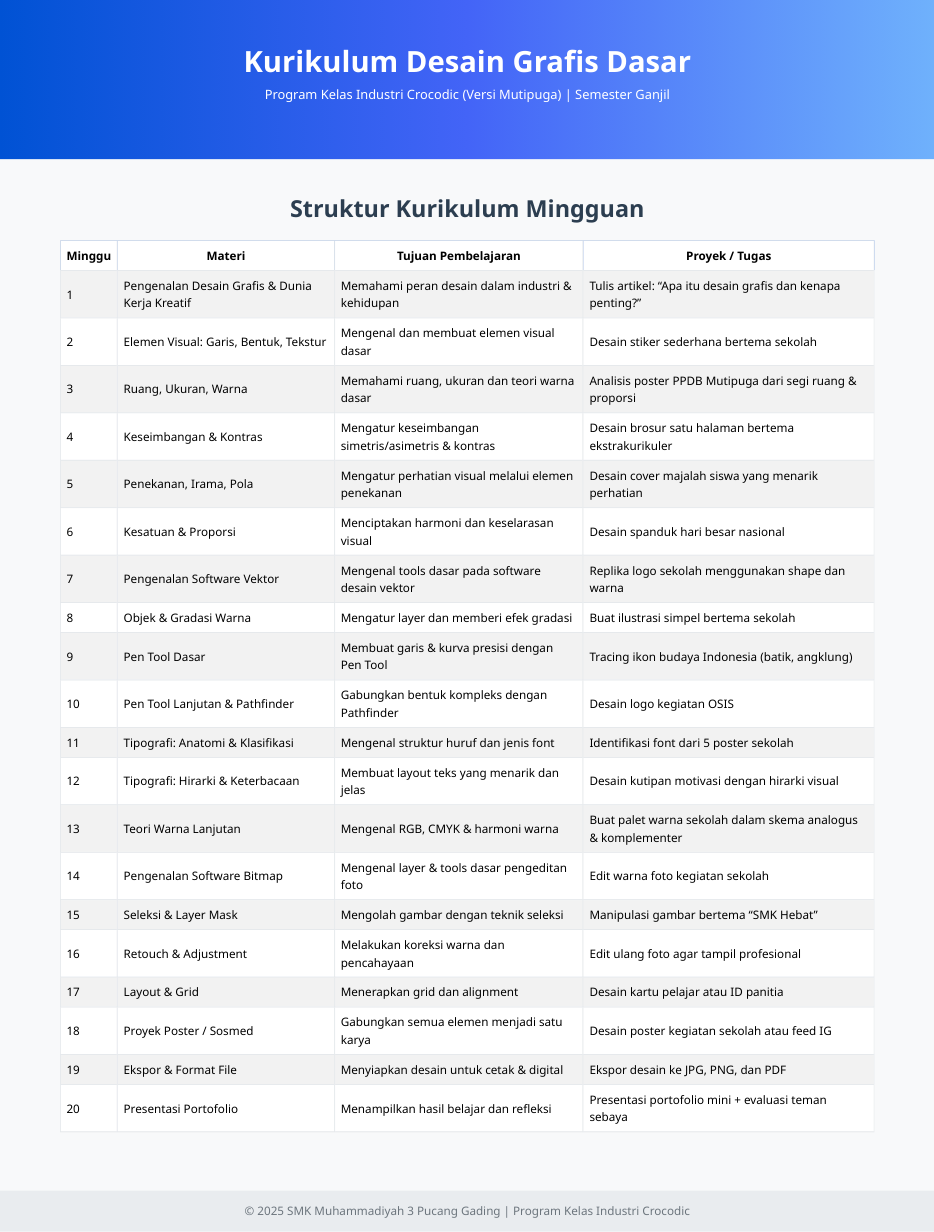
Repository: ppdbsmkmutipuga/kurikulumdesain
Page: index.html
These files come from the project's save history. The page is drawn as it stood at one moment and after the next save; the edit follows.
The browser window is 1280 px wide. The pictures show the whole page, at 73% of full size.

Above is the page before, as saved 2025-07-01 03:55:29.

After the next save:
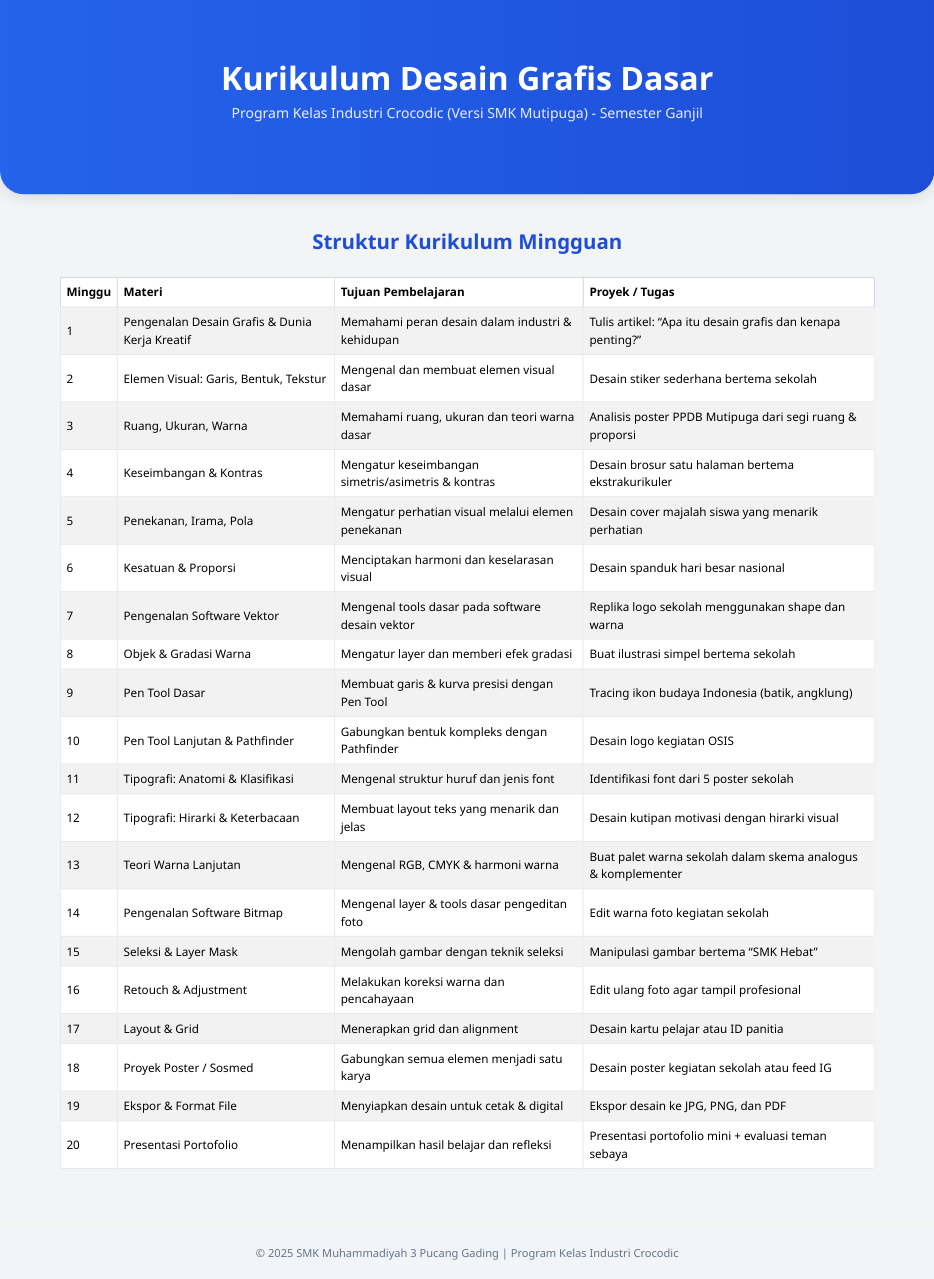
Saved 24 s later.
--- a/index.html
+++ b/index.html
@@ -1,3 +1,4 @@
+<!-- index.html -->
 <!DOCTYPE html>
 <html lang="id">
 
@@ -6,54 +7,7 @@
     <meta name="viewport" content="width=device-width, initial-scale=1.0" />
     <title>Kurikulum Desain Grafis - SMK Mutipuga</title>
     <link href="https://cdn.jsdelivr.net/npm/bootstrap@5.3.3/dist/css/bootstrap.min.css" rel="stylesheet" />
-    <style>
-        body {
-            font-family: 'Segoe UI', sans-serif;
-            background-color: #f8f9fa;
-        }
-
-        .hero {
-            background: linear-gradient(to right, #0052d4, #4364f7, #6fb1fc);
-            color: white;
-            padding: 60px 0;
-            text-align: center;
-        }
-
-        .hero h1 {
-            font-size: 2.5rem;
-            font-weight: bold;
-        }
-
-        .hero p {
-            font-size: 1.1rem;
-        }
-
-        .section-title {
-            margin-top: 2rem;
-            margin-bottom: 1.5rem;
-            font-weight: bold;
-            text-align: center;
-            color: #2c3e50;
-        }
-
-        .table thead {
-            background-color: #0052d4;
-            color: white;
-            text-align: center;
-        }
-
-        .table-striped tbody tr:nth-of-type(odd) {
-            background-color: #f0f4fa;
-        }
-
-        footer {
-            background-color: #e9ecef;
-            text-align: center;
-            padding: 1rem 0;
-            margin-top: 4rem;
-            color: #6c757d;
-        }
-    </style>
+    <link href="style.css" rel="stylesheet" />
 </head>
 
 <body>
@@ -62,9 +16,10 @@
     <section class="hero">
         <div class="container">
             <h1>Kurikulum Desain Grafis Dasar</h1>
-            <p>Program Kelas Industri Crocodic (Versi Mutipuga) | Semester Ganjil</p>
+            <p>Program Kelas Industri Crocodic (Versi SMK Mutipuga) - Semester Ganjil</p>
         </div>
     </section>
+
 
     <!-- Table Section -->
     <section class="container my-5">
